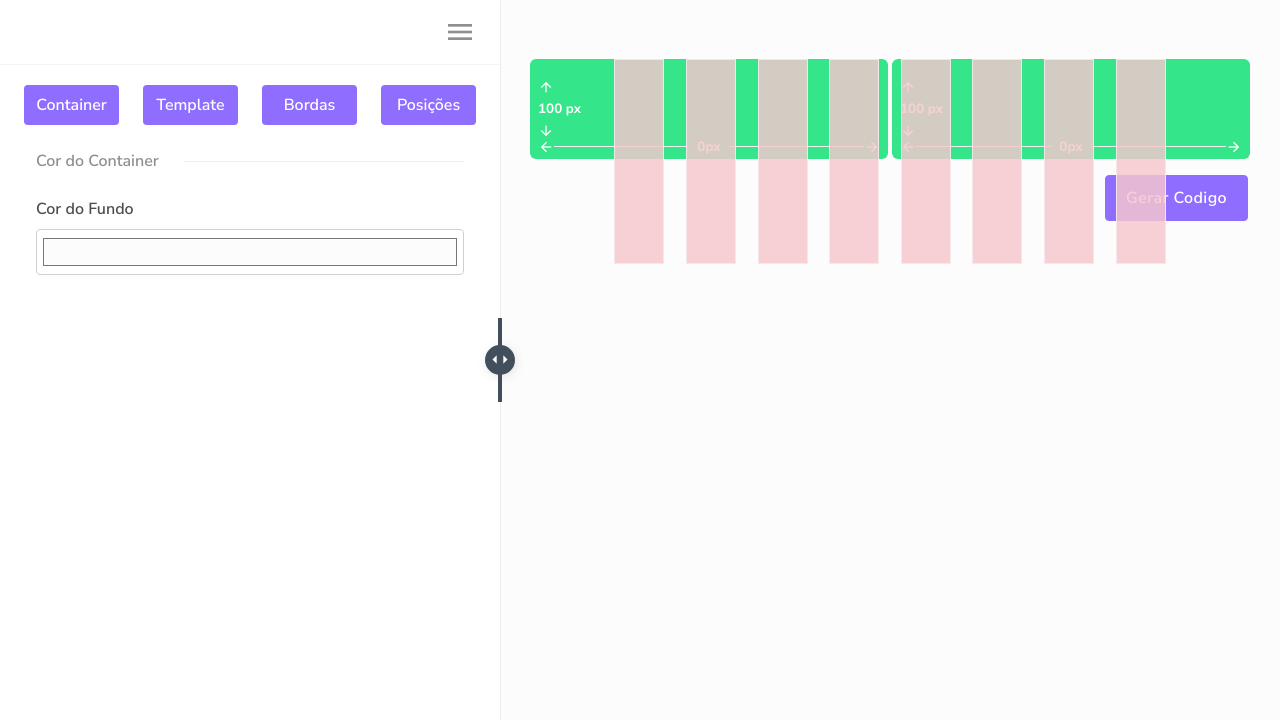
Repository: Flintdl/lowcode-elements
Page: /
These files come from the project's save history. The page is drawn as it stood at one moment and after the next save; the edit follows.
The browser window is 1280 px wide. The pictures show the whole page.
The project was rebuilt for these pictures with package versions that can differ from the ones it lists, and the page was loaded fresh each time. Also part of the build but not shown: vue.config.js.

Above is the page before, as saved 2022-04-10 15:57:35.

After the next save:
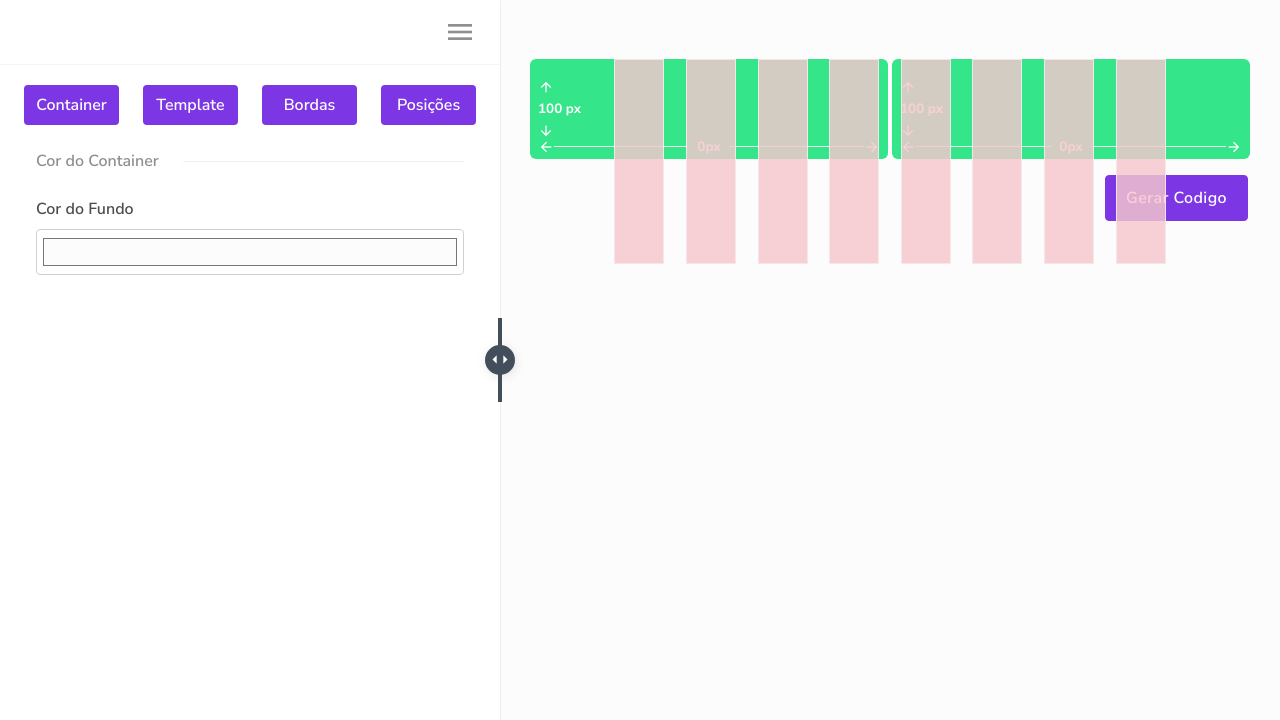
Saved 25 s later.
--- a/src/assets/scss/_variables.scss
+++ b/src/assets/scss/_variables.scss
@@ -15,8 +15,8 @@ $borderMenuColor: #323232;
 
 // Botão Colors
 
-$btnPrimary: #8e6dff;
-$btnPrimaryHover: #7c36e4;
+$btnPrimary: #7c36e4;
+$btnPrimaryHover: #8e6dff;
 
 // Generics Colors
 

After the save that followed:
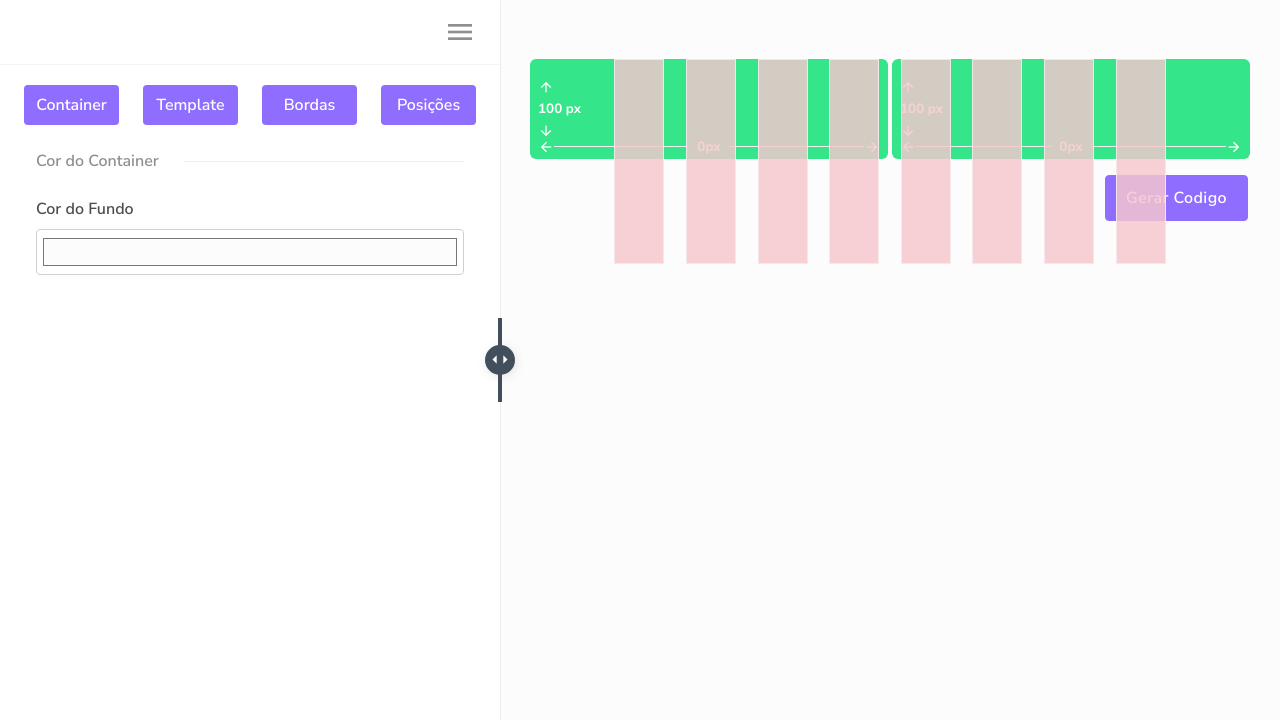
Saved 10 s later.
--- a/src/assets/scss/_variables.scss
+++ b/src/assets/scss/_variables.scss
@@ -15,8 +15,8 @@ $borderMenuColor: #323232;
 
 // Botão Colors
 
-$btnPrimary: #7c36e4;
-$btnPrimaryHover: #8e6dff;
+$btnPrimary: #8e6dff;
+$btnPrimaryHover: #7c36e4;
 
 // Generics Colors
 
